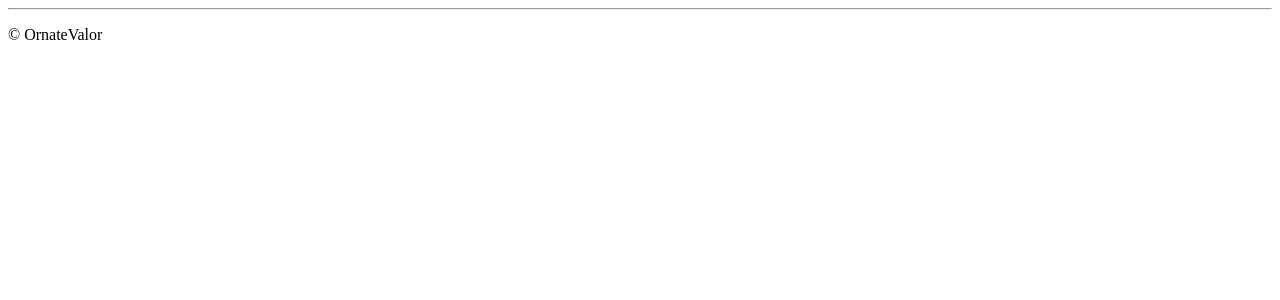
Repository: OrdnateValor/DegaTotal
Page: http://localhost/mini/include/footer.jsp
An editor plug-in stored every save of this project. The page is shown before and after the next save, followed by the edit.
The browser window is 1280 px wide. The pictures show the whole page.
The page is served by Tomcat 9.

Above is the page before, as saved 2021-09-20 12:11:46.

After the next save:
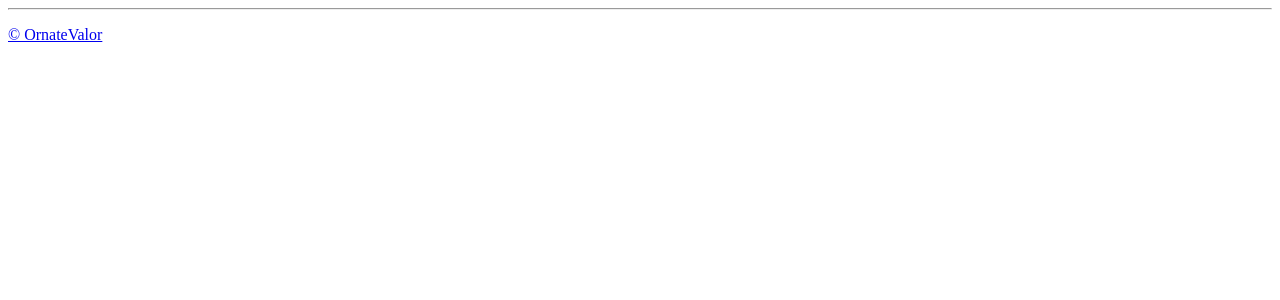
Saved 7 s later.
--- a/mini/src/main/webapp/include/footer.jsp
+++ b/mini/src/main/webapp/include/footer.jsp
@@ -1,7 +1,7 @@
 <footer class='navbar navbar-dark bg-secondary'>
 	<div class="container">
 		<hr>
-		<a href="https://www.bungie.net/7/ko/User/Profile/254/19164972/OrnateValor"></a>
-		<p>&copy; OrnateValor</p>
+		<a href="https://www.bungie.net/7/ko/User/Profile/254/19164972/OrnateValor"><p>&copy; OrnateValor</p></a>
+
 	</div>
 </footer>

After the save that followed:
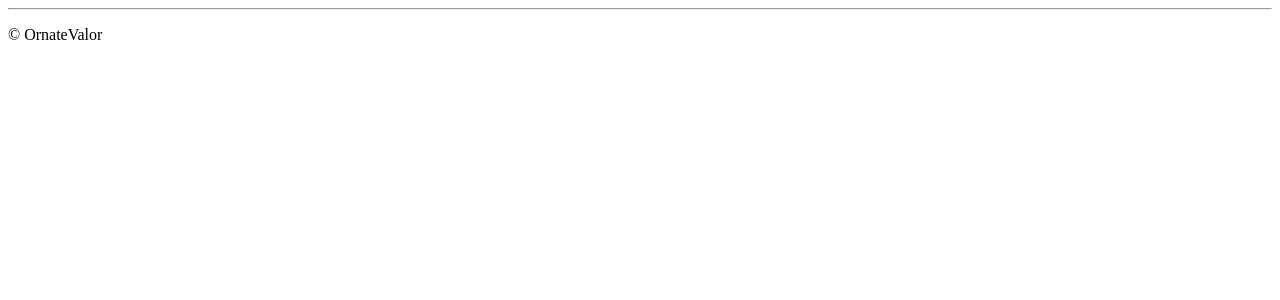
Saved 5 s later.
--- a/mini/src/main/webapp/include/footer.jsp
+++ b/mini/src/main/webapp/include/footer.jsp
@@ -1,7 +1,7 @@
 <footer class='navbar navbar-dark bg-secondary'>
 	<div class="container">
 		<hr>
-		<a href="https://www.bungie.net/7/ko/User/Profile/254/19164972/OrnateValor"><p>&copy; OrnateValor</p></a>
-
+		<a href="https://www.bungie.net/7/ko/User/Profile/254/19164972/OrnateValor"></a>
+		<p>&copy; OrnateValor</p>
 	</div>
 </footer>
